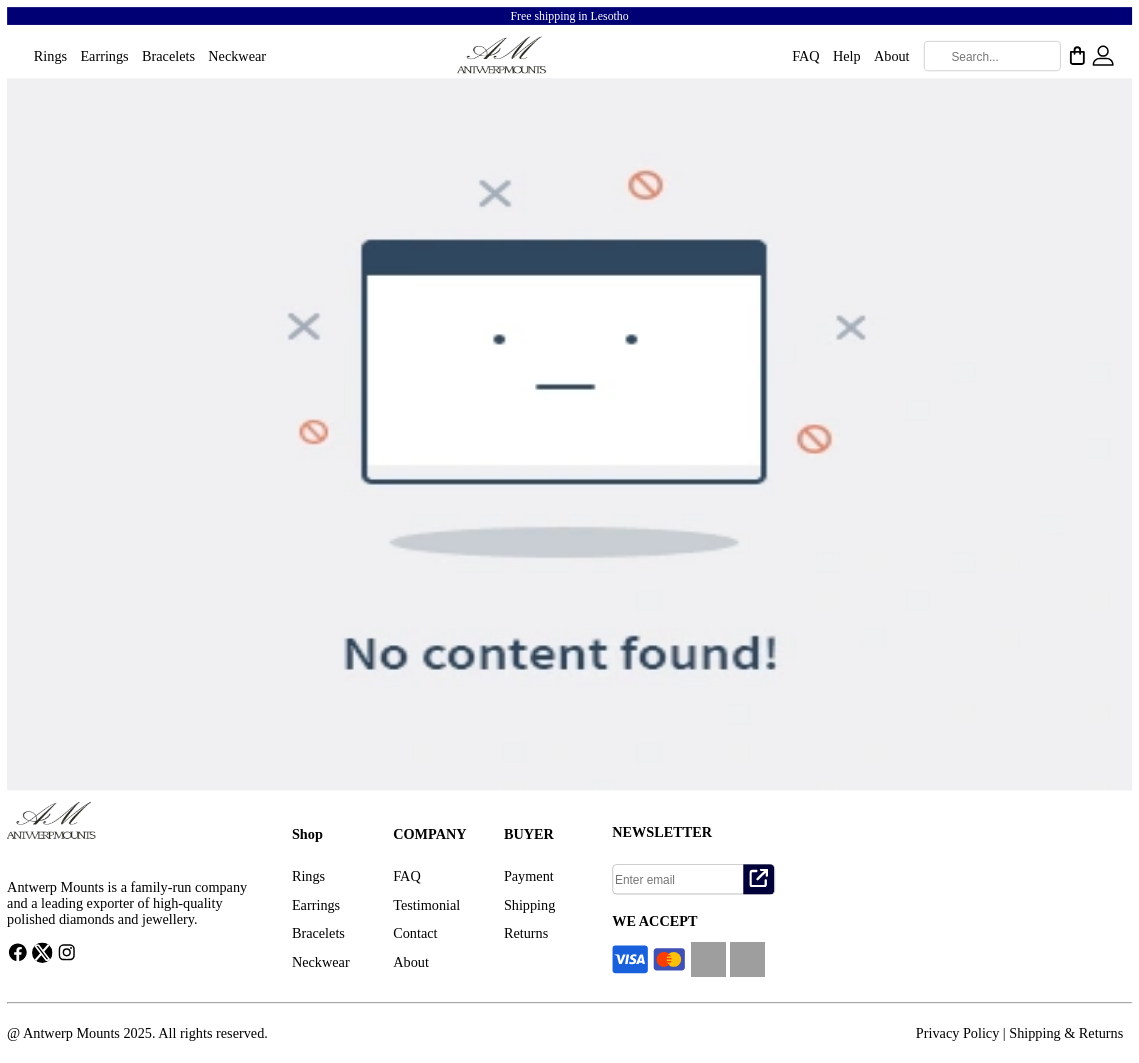
Repository: kea-0424/Web-Development-Project-1
Page: First_collaboration/JewelarySite.html
An editor plug-in stored every save of this project. The page is shown before and after the next save, followed by the edit.
The browser window is 1280 px wide. The pictures show the whole page, at 89% of full size.
Pictures or frames that could not be fetched are drawn as grey boxes.

Above is the page before, as saved 2025-01-23 11:11:57.

After the next save:
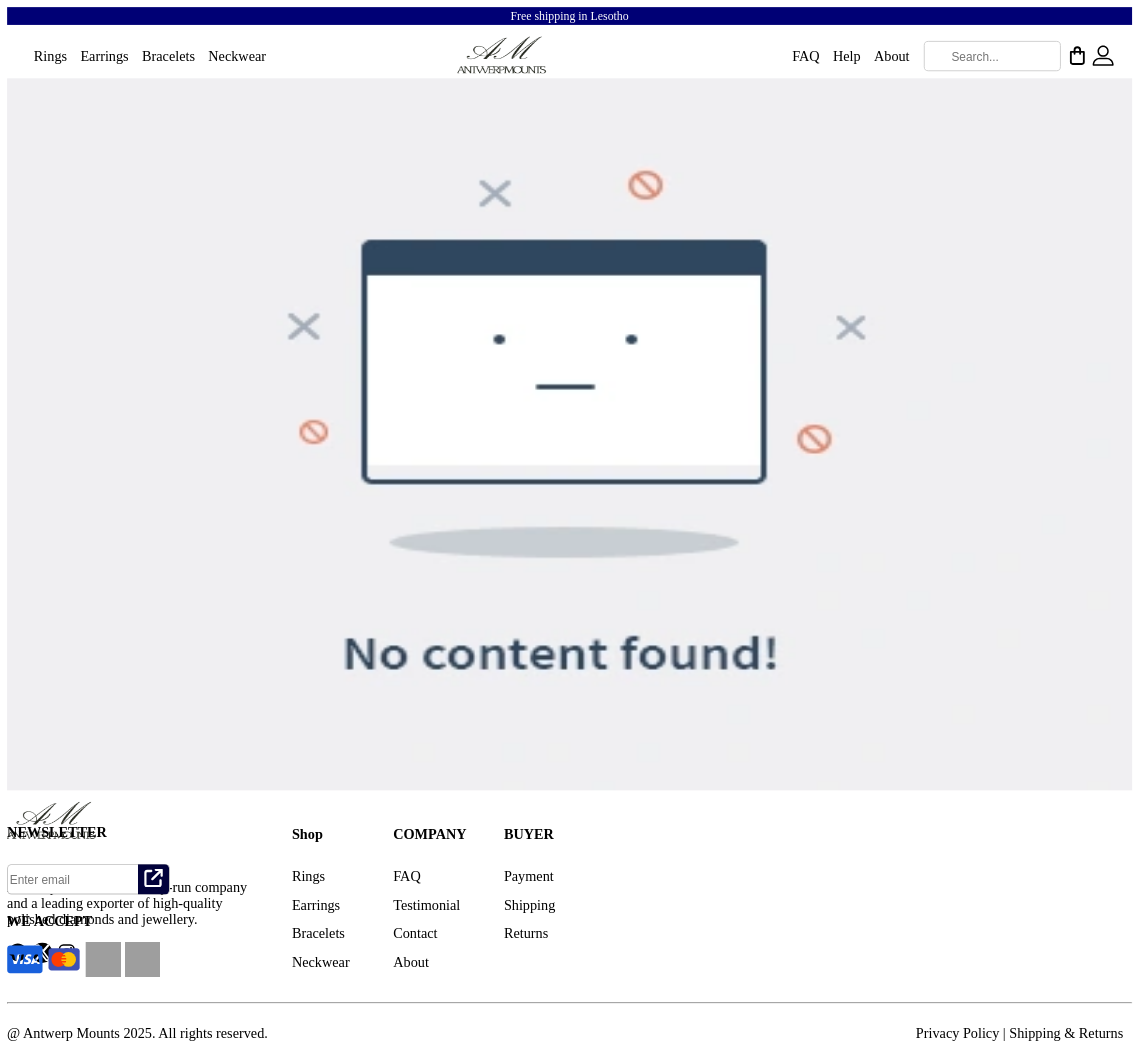
Saved 51 s later.
--- a/First_collaboration/JewelarySite.css
+++ b/First_collaboration/JewelarySite.css
@@ -171,7 +171,7 @@ footer {
 /*border: 1px solid red;*/
 display: inline;
 position: absolute;
-left: 680px;
+;
 top:18px;
 }
 hr {
